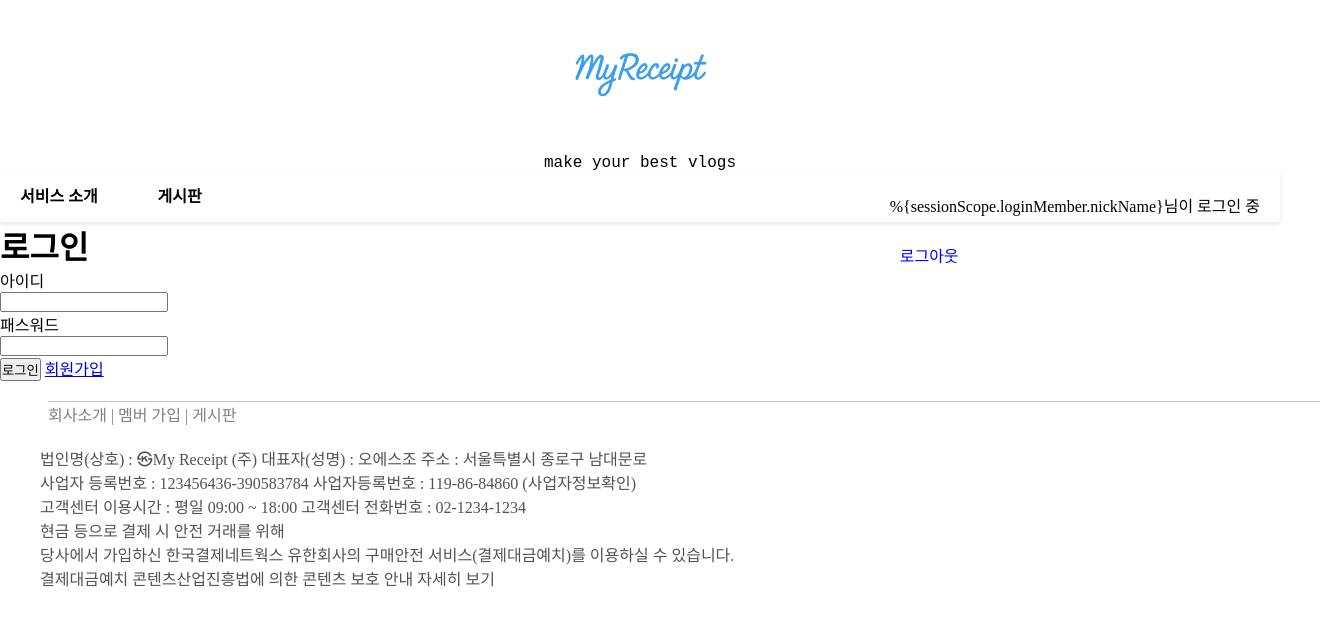
Repository: shong69/mini-project
Page: http://localhost/myReceipt2/WEB-INF/views/login.jsp
An editor plug-in stored every save of this project. The page is shown before and after the next save, followed by the edit.
The browser window is 1280 px wide. The page is 1320 px wide, so the pictures cover 1320 px, including what lies to the right of the window. The pictures show the whole page.
Some web fonts or font styles are not loaded; a fallback is used. The page is served by Tomcat 10. Nobody is signed in. The template is opened directly, without the code that normally fills it, so the values that code supplies are empty.

Above is the page before, as saved 2025-05-05 23:08:17.

After the next save:
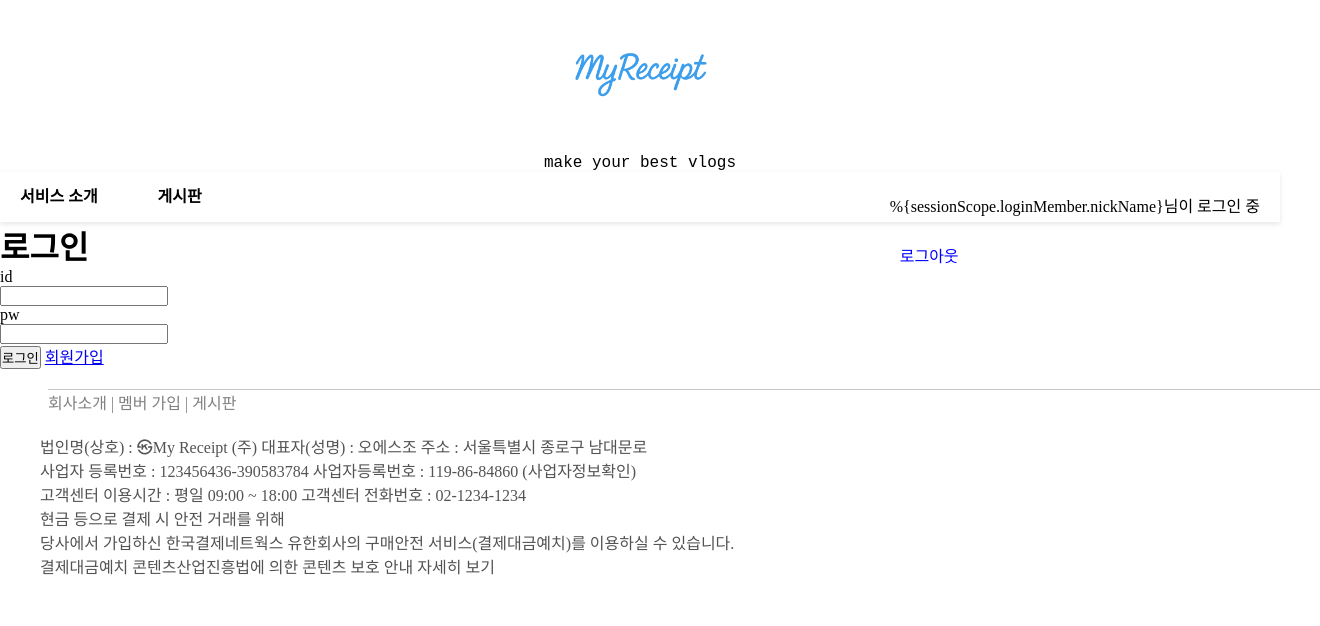
Saved 20 s later.
--- a/jspProject/myReceipt2/src/main/webapp/WEB-INF/views/login.jsp
+++ b/jspProject/myReceipt2/src/main/webapp/WEB-INF/views/login.jsp
@@ -9,15 +9,15 @@
 </head>
 <body>
 	<jsp:include page="/WEB-INF/views/common/header.jsp"></jsp:include>
-	<h1> 로그인</h1>
+	<h1>로그인</h1>
 
 	<form action="/myReceipt2/login" method="post" class="login-form">
 		<div>
-			<p>아이디</p>
+			<p>id</p>
 			<input type="text" name="inputId">
 		</div>
 		<div>
-			<p>패스워드</p>
+			<p>pw</p>
 			<input type="password" name="inputPw">
 		</div>
 
